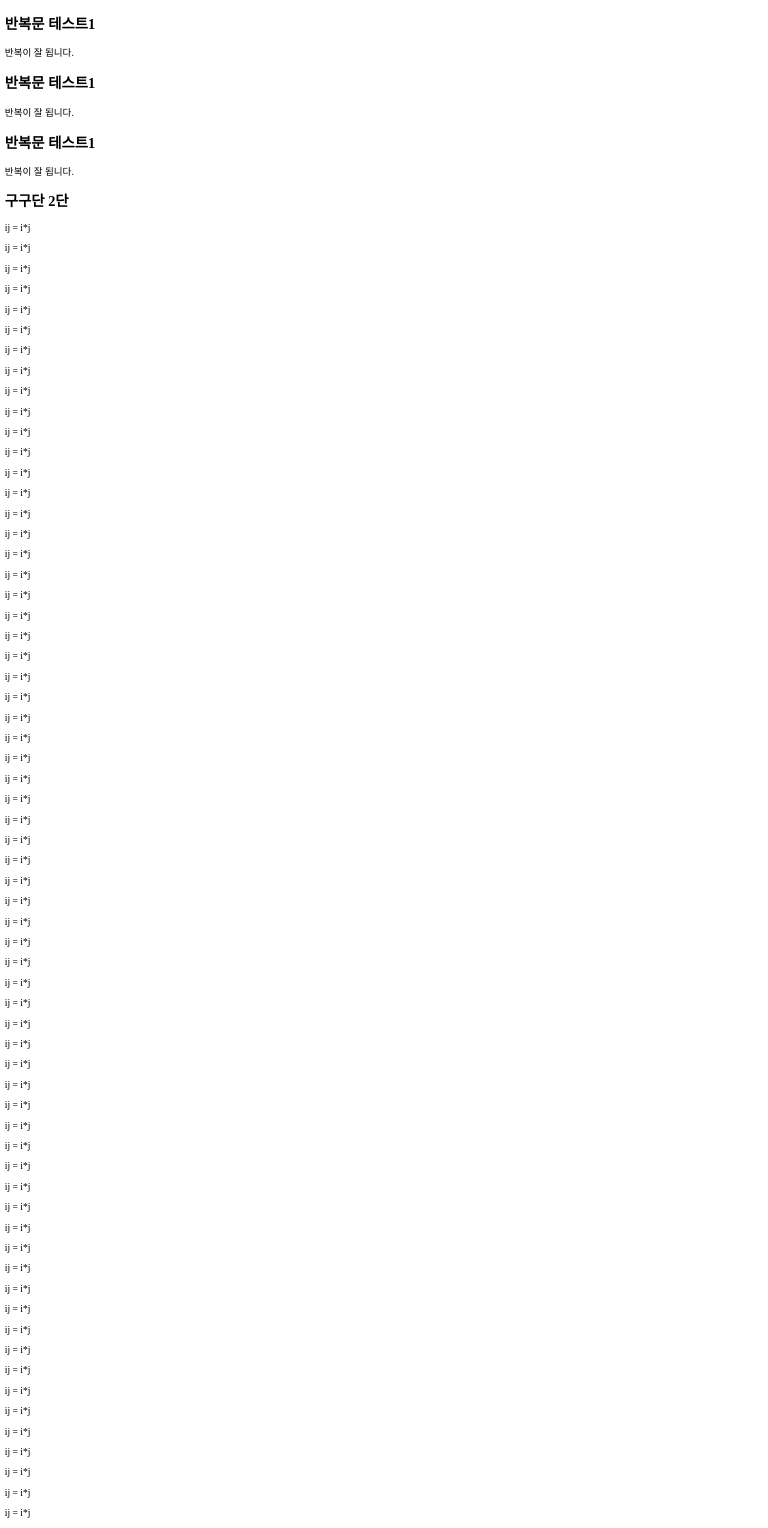
Repository: jjjjjjji-hun/jsp_practice
Page: http://localhost/JSPBasic/jspTag/Scriptlet.jsp
These files come from the project's save history. The page is drawn as it stood at one moment and after the next save; the edit follows.
The browser window is 1280 px wide. The pictures show the whole page, at 60% of full size.
The page is served by Tomcat 9.

Above is the page before, as saved 2022-01-28 02:37:03.

### JSPBasic/src/main/webapp/jspTag/Scriptlet.jsp
<%@ page language="java" contentType="text/html; charset=UTF-8"
    pageEncoding="UTF-8"%>
<!DOCTYPE html>
<html>
<head>
<meta charset="UTF-8">
<title>Insert title here</title>
</head>
<body>
	<!-- 스크립트릿 내부에는 자바 코드를 작성할 수 있으며
	이 코드를 반영해 페이지가 구성됩니다. -->
	<% for(int i = 0; i < 3; i++){ %>
		<h2>반복문 테스트1</h2>
		<p>
			반복이 잘 됩니다.
		</p>
	<% } %>

	<!-- 하단에 구구단 코드를 작성해주세요.
	System.out.println()이 괄호 내 구문을 콘솔에 찍히게 해줬다면
	out.println()은 html화면에 괄호 내 구문을 콘솔에 찍히게 해줍니다.
	(javascript의 document.write()와 같은 역할) -->
	<h2>구구단 2단</h2>
	<% for(int i = 2; i < 10; i++){ %>
		<% for(int j = 1; j < 9; j++){ %>
			<p><%out.println("i" + "j" + " = " + "i*j");%><br/><p>
		<% } %>
	<% } %>
</body>
</html>

After the next save:
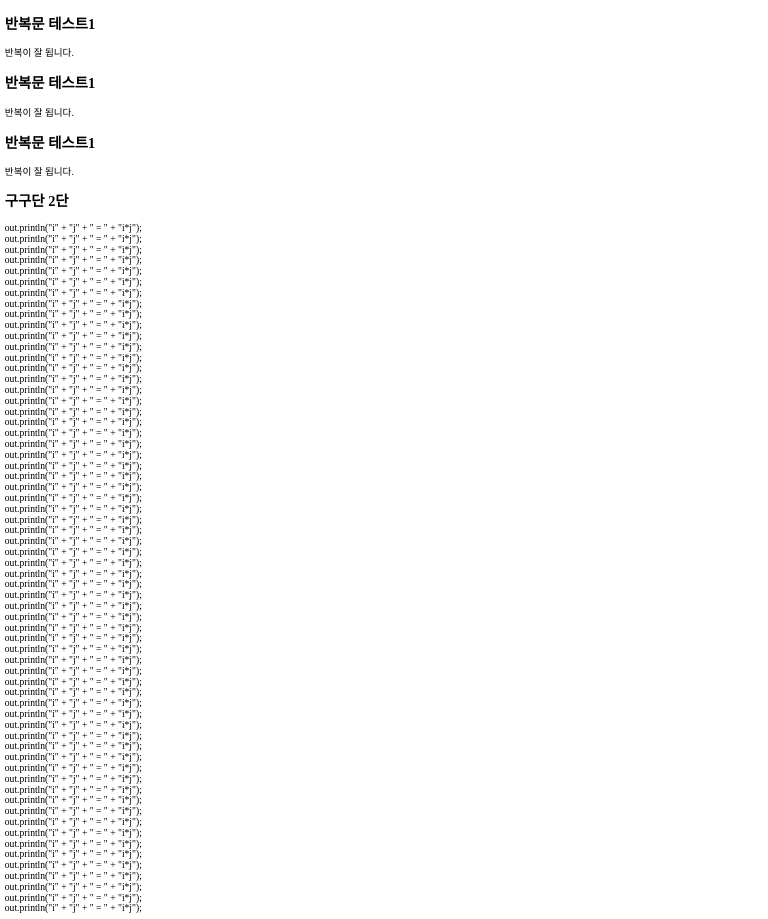
Saved 36 s later.
--- a/JSPBasic/src/main/webapp/jspTag/Scriptlet.jsp
+++ b/JSPBasic/src/main/webapp/jspTag/Scriptlet.jsp
@@ -23,7 +23,7 @@
 	<h2>구구단 2단</h2>
 	<% for(int i = 2; i < 10; i++){ %>
 		<% for(int j = 1; j < 9; j++){ %>
-			<p><%out.println("i" + "j" + " = " + "i*j");%><br/><p>
+			out.println("i" + "j" + " = " + "i*j");<br/>
 		<% } %>
 	<% } %>
 </body>
